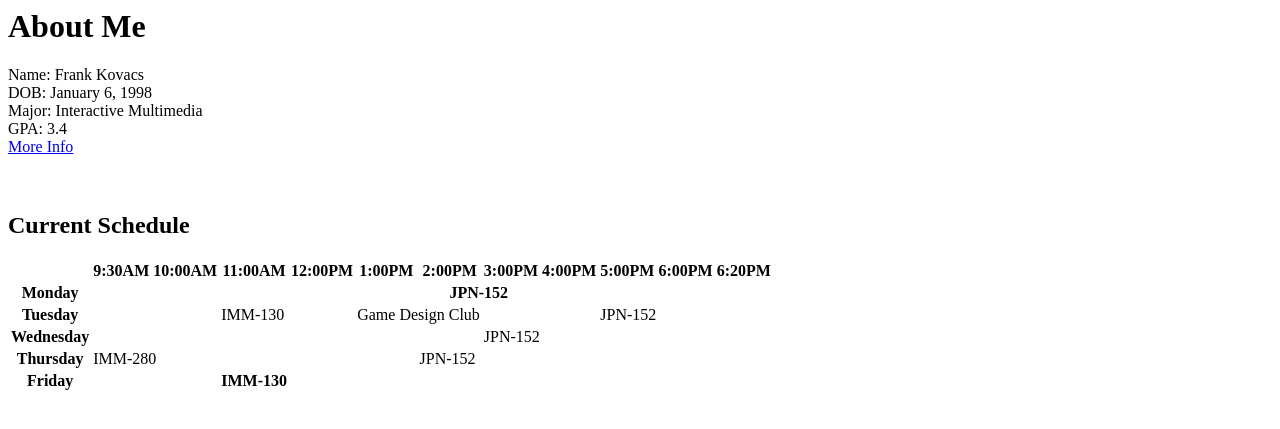
Repository: kovacsf2/imm130v2
Page: personal/index.html
The author's editor kept a record of every edit. The page is drawn from the files as they stood at one moment, then again after the next edit.
The browser window is 1280 px wide. The pictures show the whole page.

Above is the page before.

### personal/index.html
<html>
    <head>
        <title>Personal</title>
    </head>
    <body>
        <h1>About Me</h1>
        <p>
            Name: Frank Kovacs<br />
            DOB: January 6, 1998<br />
            Major: Interactive Multimedia<br />
            GPA: 3.4<br />
            <a href="cv.html">More Info</a>
            <br />
            <br />
            <br />
        </p>
        <h2>Current Schedule</h2>
        <table>
            <tr>
                <th></th>
                <th>9:30AM</th>
                <th>10:00AM</th>
                <th>11:00AM</th>
                <th>12:00PM</th>
                <th>1:00PM</th>
                <th>2:00PM</th>
                <th>3:00PM</th>
                <th>4:00PM</th>
                <th>5:00PM</th>
                <th>6:00PM</th>
                <th>6:20PM</th>
            </tr>
            <tr>
                <th>Monday</th>
                <th colspan="5"></th>
                <th colspan="2">JPN-152</th>
                <th colspan="4"></th>
            </tr>
            <tr>
                <th>Tuesday</th>
                <td colspan="2"></td>
                <td colspan="2">IMM-130</td>
                <td colspan="2">Game Design Club</td>
                <td colspan="2"></td>
                <td colspan="3">JPN-152</td>
            </tr>
            <tr>
                <th>Wednesday</th>
                <td colspan="6"></td>
                <td colspan="3">JPN-152</td>
                <td colspan="2"></td>
            </tr>
            <tr>
                <th>Thursday</th>
                <td colspan="4">IMM-280</td>
                <td></td>
                <td>JPN-152</td>
                <td colspan="4"></td>
            </tr>
            <tr>
                <th>Friday</th>
                <th colspan="2"></th>
                <th>IMM-130</th>
                <th colspan="7"></th>
            </tr>
        </table>
    </body>
    </html>

After the next edit:
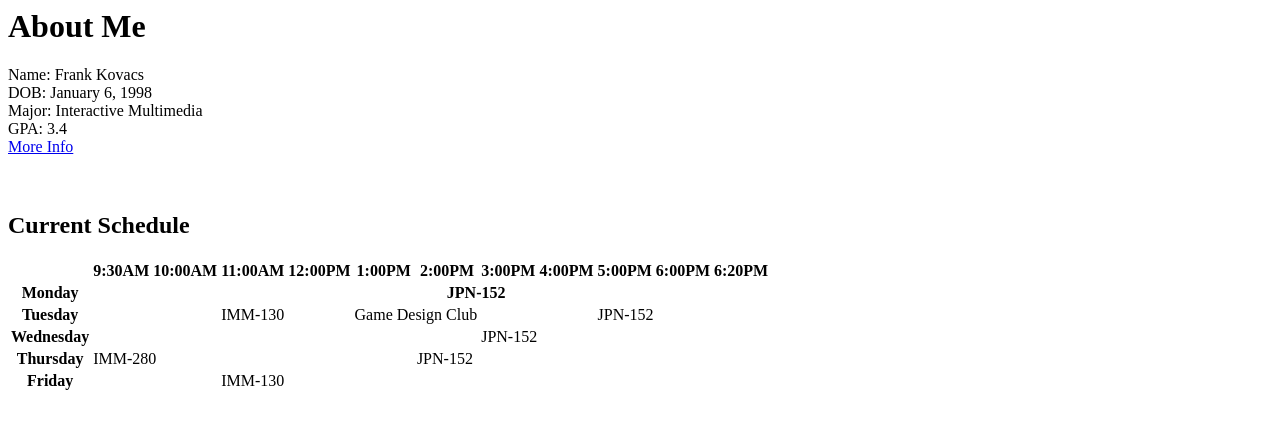
The edit:
--- a/personal/index.html
+++ b/personal/index.html
@@ -59,9 +59,9 @@
             </tr>
             <tr>
                 <th>Friday</th>
-                <th colspan="2"></th>
-                <th>IMM-130</th>
-                <th colspan="7"></th>
+                <td colspan="2"></td>
+                <td>IMM-130</td>
+                <td colspan="7"></td>
             </tr>
         </table>
     </body>
